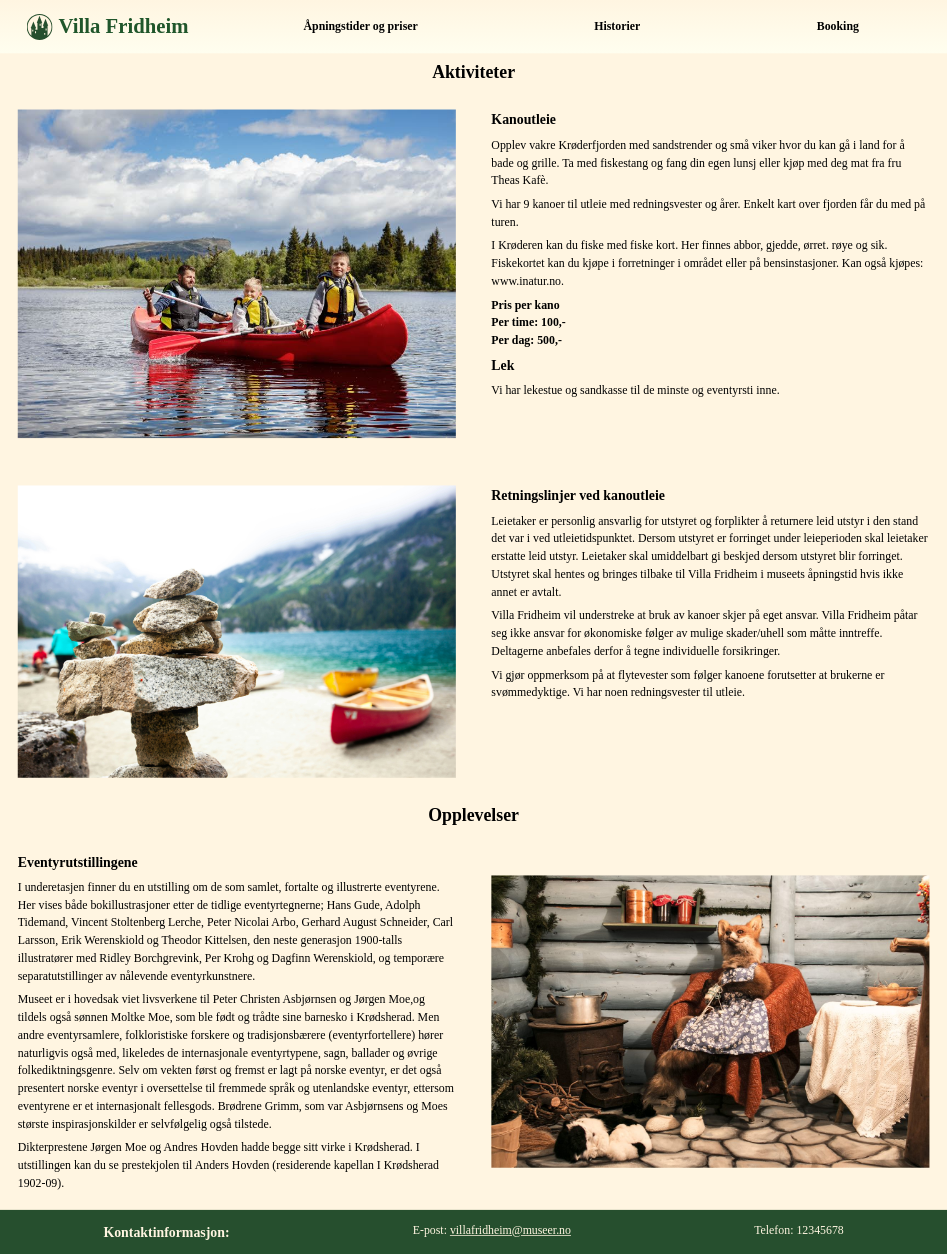
Repository: IdaHolmen/villa-fridheim
Page: src/activities.html
These files come from the project's save history. The page is drawn as it stood at one moment and after the next save; the edit follows.
The browser window is 1280 px wide. The pictures show the whole page, at 74% of full size.
Some web fonts or font styles are not loaded; a fallback is used.

Above is the page before, as saved 2024-10-12 16:51:56.

### src/activities.html
<!DOCTYPE html>
<html lang="en">
    <head>
        <meta charset="UTF-8" />
        <meta name="viewport" content="width=device-width, initial-scale=1.0" />

        <link rel="icon" type="image/x-icon" href="../assets/villa-fridheim-logo.svg" />

        <title>Villa Fridheim</title>
        <link rel="stylesheet" type="text/css" href="../css/reset.css" />
        <link rel="stylesheet" type="text/css" href="../css/style.css" />
        <link rel="stylesheet" type="text/css" href="../css/media-queries.css" />
    </head>
    <body>
        <header>
            <div class="headline-container">
                <a href="../index.html" id="home-button">
                    <img src="../assets/villa-fridheim-logo.svg" alt="Omrisset av et eventyrslott" class="main-logo" />
                    <h1 class="main-headline">Villa Fridheim</h1>
                </a>
            </div>

            <nav class="nav-bar">
                <a href="info.html" class="nav-link">Åpningstider og priser</a>
                <a href="stories.html" class="nav-link">Historier</a>
                <a href="booking.html" class="nav-link">Booking</a>
            </nav>
        </header>

        <main class="main-activities-container">
            <h2 class="section-headline">Aktiviteter</h2>
            <section class="activities-section">
                <div class="info-image-container">
                    <img src="../assets/kano.jpg" alt="En far og to små barn i en kano" class="canoe-image" />
                </div>

                <div class="info-text-container">
                    <article class="activities">
                        <h3>Kanoutleie</h3>
                        <p>
                            Opplev vakre Krøderfjorden med sandstrender og små viker hvor du kan gå i land for å bade og
                            grille. Ta med fiskestang og fang din egen lunsj eller kjøp med deg mat fra fru Theas Kafè.
                        </p>
                        <p>
                            Vi har 9 kanoer til utleie med redningsvester og årer. Enkelt kart over fjorden får du med
                            på turen.
                        </p>
                        <p>
                            I Krøderen kan du fiske med fiske kort. Her finnes abbor, gjedde, ørret. røye og sik.
                            Fiskekortet kan du kjøpe i forretninger i området eller på bensinstasjoner. Kan også kjøpes:
                            www.inatur.no.
                        </p>
                        <div class="bold-text">
                            <p>Pris per kano</p>
                            <p>Per time: 100,-</p>
                            <p>Per dag: 500,-</p>
                        </div>
                    </article>

                    <article class="activities">
                        <h3>Lek</h3>
                        <p>Vi har lekestue og sandkasse til de minste og eventyrsti inne.</p>
                    </article>
                </div>
            </section>

            <section class="activities-section">
                <div class="info-image-container">
                    <img src="../assets/canoe2.jpg" alt="En kano på en sandstrand" />
                </div>

                <div class="info-text-container">
                    <article class="activities">
                        <h3>Retningslinjer ved kanoutleie</h3>
                        <p>
                            Leietaker er personlig ansvarlig for utstyret og forplikter å returnere leid utstyr i den
                            stand det var i ved utleietidspunktet. Dersom utstyret er forringet under leieperioden skal
                            leietaker erstatte leid utstyr. Leietaker skal umiddelbart gi beskjed dersom utstyret blir
                            forringet. Utstyret skal hentes og bringes tilbake til Villa Fridheim i museets åpningstid
                            hvis ikke annet er avtalt.
                        </p>
                        <p>
                            Villa Fridheim vil understreke at bruk av kanoer skjer på eget ansvar. Villa Fridheim påtar
                            seg ikke ansvar for økonomiske følger av mulige skader/uhell som måtte inntreffe. Deltagerne
                            anbefales derfor å tegne individuelle forsikringer.
                        </p>
                        <p>
                            Vi gjør oppmerksom på at flytevester som følger kanoene forutsetter at brukerne er
                            svømmedyktige. Vi har noen redningsvester til utleie.
                        </p>
                    </article>
                </div>
            </section>

            <h2 class="section-headline">Opplevelser</h2>
            <section class="experiences-section">
                <span class="info-text-container">
                    <article class="experiences">
                        <h3>Eventyrutstillingene</h3>
                        <p>
                            I underetasjen finner du en utstilling om de som samlet, fortalte og illustrerte eventyrene.
                            Her vises både bokillustrasjoner etter de tidlige eventyrtegnerne; Hans Gude, Adolph
                            Tidemand, Vincent Stoltenberg Lerche, Peter Nicolai Arbo, Gerhard August Schneider, Carl
                            Larsson, Erik Werenskiold og Theodor Kittelsen, den neste generasjon 1900-talls
                            illustratører med Ridley Borchgrevink, Per Krohg og Dagfinn Werenskiold, og temporære
                            separatutstillinger av nålevende eventyrkunstnere.
                        </p>
                        <p>
                            Museet er i hovedsak viet livsverkene til Peter Christen Asbjørnsen og Jørgen Moe,og tildels
                            også sønnen Moltke Moe, som ble født og trådte sine barnesko i Krødsherad. Men andre
                            eventyrsamlere, folkloristiske forskere og tradisjonsbærere (eventyrfortellere) hører
                            naturligvis også med, likeledes de internasjonale eventyrtypene, sagn, ballader og øvrige
                            folkediktningsgenre. Selv om vekten først og fremst er lagt på norske eventyr, er det også
                            presentert norske eventyr i oversettelse til fremmede språk og utenlandske eventyr, ettersom
                            eventyrene er et internasjonalt fellesgods. Brødrene Grimm, som var Asbjørnsens og Moes
                            største inspirasjonskilder er selvfølgelig også tilstede.
                        </p>
                        <p>
                            Dikterprestene Jørgen Moe og Andres Hovden hadde begge sitt virke i Krødsherad. I
                            utstillingen kan du se prestekjolen til Anders Hovden (residerende kapellan I Krødsherad
                            1902-09).
                        </p>
                    </article>
                </span>
                <span class="info-image-container">
                    <img src="../assets/eventyrutstilling.jpg" alt="Et eventyrtablå som forestiller Reveenka" />
                </span>
            </section>
        </main>

        <footer class="footer">
            <h3>Kontaktinformasjon:</h3>
            <p>
                E-post:
                <a href="" id="email-element">villafridheim@museer.no</a>
            </p>
            <p>Telefon: 12345678</p>
        </footer>
    </body>
</html>

### css/reset.css
*, *::before, *::after {
	box-sizing: border-box;
  }

* {
	margin: 0;
	padding: 0;
}

body {
	line-height: 1.5;
	-webkit-font-smoothing: antialiased;
}

img, picture, video, canvas, svg {
	display: block;
	max-width: 100%;
}

input, textarea, select {
	font: inherit;
}

p, h1, h2, h3, h4, h5, h6 {
	overflow-wrap: break-word;
}

#root, #__next {
	isolation: isolate;
}

button {
	font: inherit;
	background: transparent;
	border: none;
	cursor: pointer;
	touch-action: manipulation;
}

a {
	color: inherit;
	text-decoration: none;
}

### css/style.css
@import url('https://fonts.googleapis.com/css2?family=Caudex:ital,wght@0,400;0,700;1,400;1,700&display=swap');

/* BODY STYLING */
body {
    height: 100vh;
    width: 100%;
    display: flex;
    flex-direction: column;
    background-color: #fff5e1;
    font-family: 'Caudex', 'Times New Roman', Times, serif;
}

/* HEADER STYLING */
header {
    display: flex;
    flex-direction: row;
    justify-content: center;
    align-items: center;
    background: linear-gradient(180deg, rgba(255, 245, 225, 1) 0%, rgba(255, 254, 239, 1) 100%);
    color: #20562b;
    flex-basis: 10%;
}

.headline-container {
    flex-basis: 25%;
    display: flex;
    justify-content: center;
    align-items: center;
    flex-direction: row;
}

.main-headline {
    font-size: 1.75rem;
}

.main-logo {
    height: 35px;
    width: 35px;
    margin-right: 0.5rem;
}

.nav-bar {
    flex-basis: 85%;
    color: black;
    display: flex;
    justify-content: space-around;
    flex-direction: row;
    text-align: center;
    margin: 0;
}

.nav-link {
    text-decoration: none;
    color: black;
    padding: 0.5rem 1.5rem;
    font-weight: bold;
    margin: 1rem;
    border-radius: 5px;
    display: flex;
    transition: transform 0.2s ease-in-out;
}

.nav-link:hover {
    box-shadow: rgba(149, 157, 165, 0.2) 0px 8px 24px;
    transform: scale(1.1);
}

.nav-link:active {
    background-color: #e3e3e3;
}

#home-symbol {
    margin-right: 0.5rem;
    width: 25px;
    height: 25px;
}

/* FRONT PAGE STYLING */
.section-headline {
    font-size: 1.5rem;
    margin: 0.5rem;
}

.main-container {
    flex-basis: 85%;
}

.about-section {
    width: 100%;
    height: 100%;
    display: flex;
}

.about-text {
    flex-basis: 50%;
    display: flex;
    flex-direction: column;
    justify-content: center;
    padding: 24px;
}

.about-text > p {
    margin: 0.5rem 0;
}

.image-container {
    flex-basis: 50%;
}

.front-page-image {
    height: 100%;
    object-fit: cover;
}

/* STYLING FOR INFO PAGE */
.main-info-container {
    flex-basis: 85%;
    display: flex;
    flex-direction: row;
    align-items: center;
}

.info-text-container {
    flex-basis: 50%;
    height: 100%;
    padding: 24px;
}

.info-image-container {
    flex-basis: 50%;
    height: 100%;
    padding: 24px;
    display: flex;
    align-items: center;
}

.opening-hours-section,
.directions-section,
.prices-section {
    margin-bottom: 1rem;
}

.hours,
.price-element {
    margin: 1rem 0;
}

.price-element {
    width: 90%;
    display: flex;
    flex-direction: row;
    align-items: center;
    justify-content: space-between;
    font-size: 1rem;
}

/* STYLING FOR ACTIVITIES PAGE */
#home-button {
    display: flex;
    align-items: center;
}

.main-activities-container {
    flex-basis: 85%;
    display: flex;
    flex-direction: column;
    align-items: center;
}

.activities-section,
.experiences-section {
    display: flex;
    flex-direction: row;
}

.activities,
.experiences {
    display: flex;
    flex-direction: column;
}

.activities > p,
.experiences > p {
    margin-top: 0.5rem;
}

.bold-text {
    font-weight: 900;
    margin: 0.5rem 0;
}

.canoe-image {
    width: 100%;
    margin-bottom: 1rem;
}

/* FOOTER */
footer {
    background-color: #264f2e;
    color: #fff5e1;
    flex-basis: 5%;
    display: flex;
    flex-direction: row;
    justify-content: space-around;
    padding: 1rem;
    font-size: 1rem;
}

a#email-element {
    text-decoration: underline;
}

/* STYLING FOR BOOKING PAGE */
.booking-container {
    flex-basis: 85%;
    display: flex;
    flex-direction: column;
    justify-content: center;
    align-items: center;
}

.booking-form {
    display: flex;
    flex-direction: column;
    align-items: center;
    height: 100%;
    margin: 2rem;
}

input,
select,
textarea {
    margin-bottom: 1.5rem;
    min-height: 2rem;
    width: 20rem;
    padding-left: 5px;
    border-radius: 5px;
    border: 1px solid gray;
}

label {
    font-weight: bold;
    margin-bottom: 0.3rem;
}

sup {
    color: red;
}

#submit-button {
    background-color: #264f2e;
    color: #fff5e1;
    width: 8rem;
    padding: 0.5rem 1.5rem;
    font-weight: bold;
    border-radius: 5px;
    transition: transform 0.2s ease-in-out;
}

#submit-button:hover {
    background-color: #276934;
    transform: scale(1.1);
}

#submit-button:active {
    background-color: #162c1b;
}

### css/media-queries.css
@media screen and (max-width: 1000px) {
    header {
        flex-direction: column;
    }

    .nav-bar {
        align-items: center;
    }

    .nav-link {
        max-width: 16rem;
        margin: 0.5rem;
    }

    .about-section {
        flex-direction: column;
        align-items: center;
    }

    .main-info-container {
        flex-direction: column;
    }

    .activities-section {
        flex-direction: column;
    }

    .experiences-section {
        flex-direction: column-reverse;
    }
}

@media screen and (max-width: 700px) {
    .footer {
        flex-direction: column;
        align-items: center;
    }

    .nav-bar {
        flex-direction: column;
    }
}

After the next save:
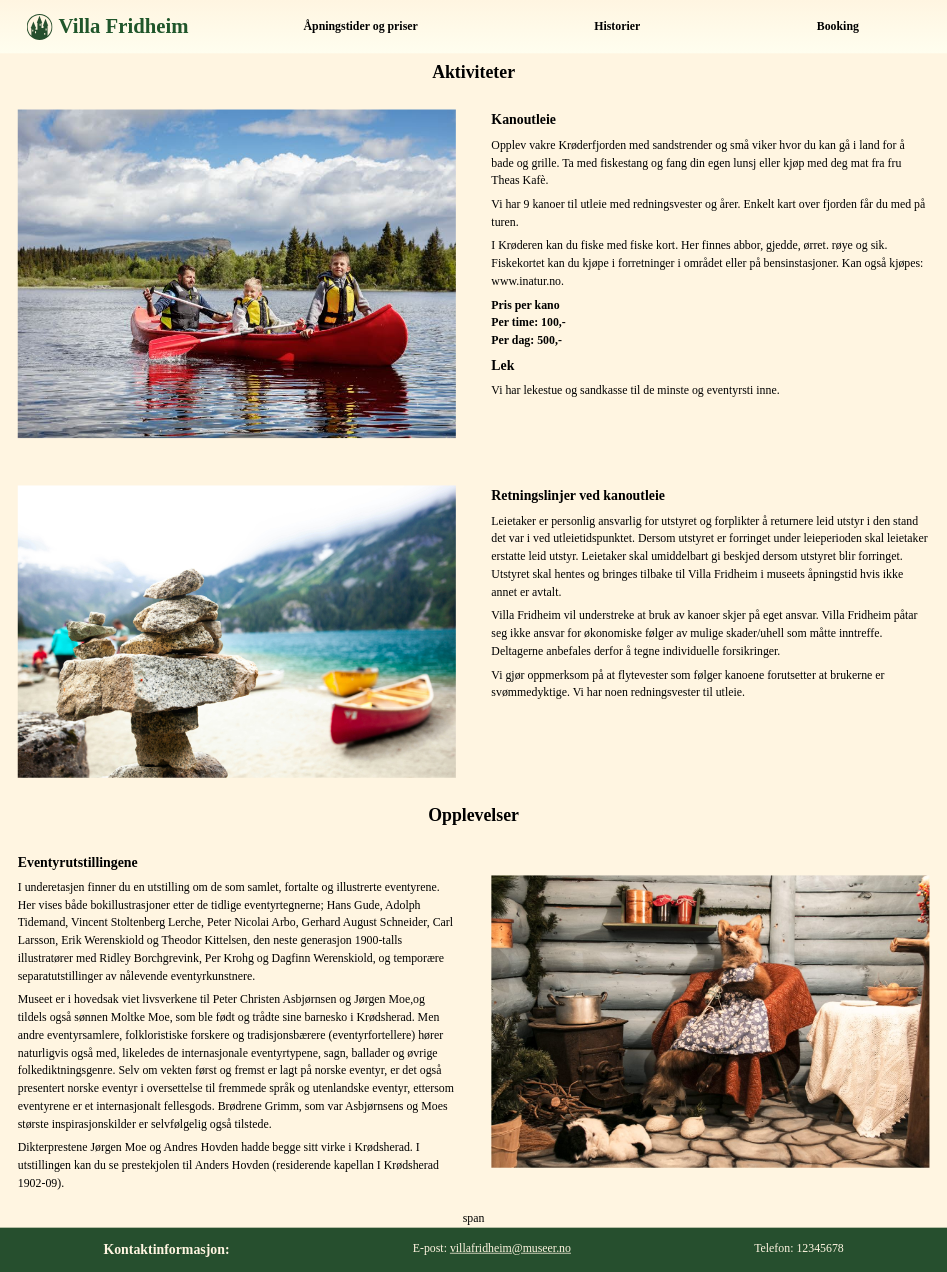
Saved 111 s later.
--- a/src/activities.html
+++ b/src/activities.html
@@ -94,7 +94,7 @@
 
             <h2 class="section-headline">Opplevelser</h2>
             <section class="experiences-section">
-                <span class="info-text-container">
+                <div class="info-text-container">
                     <article class="experiences">
                         <h3>Eventyrutstillingene</h3>
                         <p>
@@ -121,11 +121,13 @@
                             1902-09).
                         </p>
                     </article>
-                </span>
-                <span class="info-image-container">
+                </div>
+                <div class="info-image-container">
                     <img src="../assets/eventyrutstilling.jpg" alt="Et eventyrtablå som forestiller Reveenka" />
-                </span>
+                </div>
             </section>
+
+            <section class="experiences-section">span</section>
         </main>
 
         <footer class="footer">
